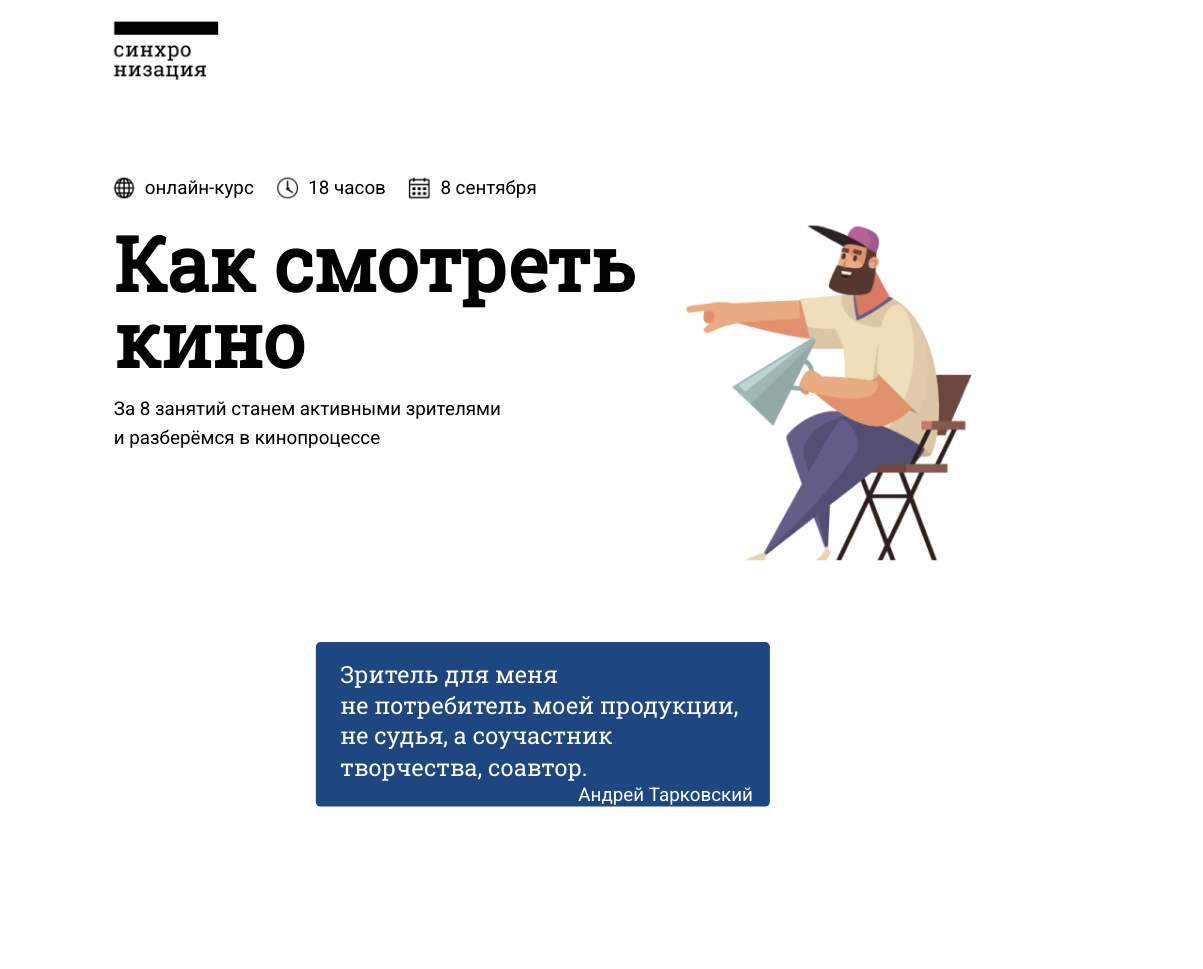
Repository: NatiqSamiyev/fiqma-task-top
Page: index.html
An editor plug-in stored every save of this project. The page is shown before and after a run of saves, followed by the edit.
The browser window is 1280 px wide. The pictures show the whole page, at 94% of full size.

Above is the page before, as saved 2023-08-16 15:42:16.

### index.html
<!DOCTYPE html>
<html lang="en">
  <head>
    <meta charset="UTF-8" />
    <meta name="viewport" content="width=device-width, initial-scale=1.0" />
    <link rel="stylesheet" href="index.css" />
    <title>Document</title>
  </head>
  <body>
    <div class="container">
      <img src="./images/logo_mobile_black 1.png" alt="" />

      <ul>
        <li>
          <img src="./images/globe.png" alt="" />
          <p>онлайн-курс</p>
        </li>

        <li>
          <img src="./images/img_135744.png" alt="" />
          <p>18 часов</p>
        </li>

        <li>
          <img src="./images/calendar_2.png" alt="" />
          <p>8 сентября</p>
        </li>
      </ul>

      <div class="top-container">
        <div class="text-container">
          <h1>Как смотреть кино</h1>
          <br />
          <p>
            За 8 занятий станем активными зрителями<br />
            и разберёмся в кинопроцессе
          </p>
        </div>


          <img src="./images/noroot 1.png" alt="" />

      </div>

      <div class="bottom-container">
        <p>
          Зритель для меня
          <br />не потребитель моей продукции, не судья, а соучастник
          творчества, соавтор.
        </p>

        <h2>Андрей Тарковский</h2>
      </div>
    </div>
  </body>
</html>

### index.css
@import url("https://fonts.googleapis.com/css2?family=Roboto+Slab&family=Roboto:wght@400;700&display=swap");
* {
  margin: 0;
  padding: 0;
  box-sizing: border-box;
}

.container {
  width: 100%;
  padding: 21px 246px 173px 121px;
}

.container ul {
  margin-top: 97px;
  display: flex;

}
.container ul li{
  list-style-type: none;
  margin-right: 25px;
  display: flex;
 align-items: center;
}

.container ul img {
  width: 22px;
  height: 22px;
}

.container ul li p {
  margin-left: 11px;
  color: #000;
font-family: Roboto;
font-size: 20px;
font-style: normal;
font-weight: 400;
line-height: 115%;
}

.top-container {
  margin-top: 29px;
  display: flex;
  justify-content: space-between;
}

.text-container {
  width: 628px;

}

.text-container h1 {
  color: #000;
  font-family: Roboto Slab;
  font-size: 80px;
  font-style: normal;
  font-weight: 700;
  line-height: 101.385%;
}

.text-container p {
  color: #000;
  font-family: Roboto;
  font-size: 20px;
  font-style: normal;
  font-weight: 400;
  line-height: 150%;
}

.box-2 img {
  width: 304px;
  height: 356px;
}

.bottom-container {
  padding: 19px 18px 0 26px;
  width: 483px;
  margin: auto;
  margin-top: 87px ;
  border-radius: 5px;
  background: #1e4681;
}

.bottom-container p {
  color: #fff;
  font-family: Roboto Slab;
  font-size: 25px;
  font-style: normal;
  font-weight: 400;
  line-height: 130%;
}

.bottom-container h2 {
  color: #fff;
  text-align: right;
  font-family: Roboto;
  font-size: 20px;
  font-style: normal;
  font-weight: 400;
  line-height: 130%;
}

After the next 2 saves:
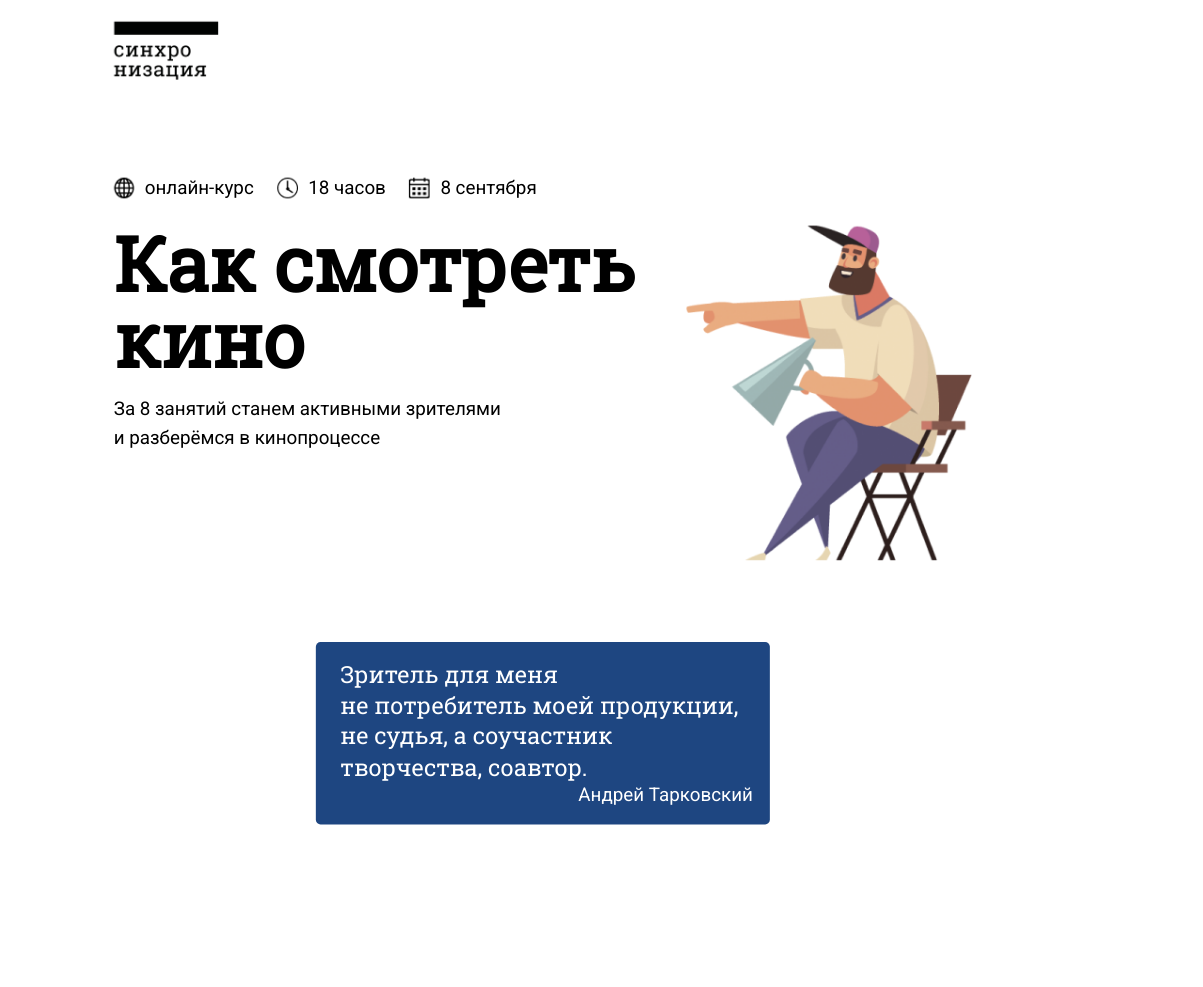
The 2 saves are shown as one change because they came seconds apart.
The last was saved 16 s later.
--- a/index.css
+++ b/index.css
@@ -72,7 +72,7 @@ line-height: 115%;
 }
 
 .bottom-container {
-  padding: 19px 18px 0 26px;
+  padding: 19px 18px 19px 26px;
   width: 483px;
   margin: auto;
   margin-top: 87px ;
